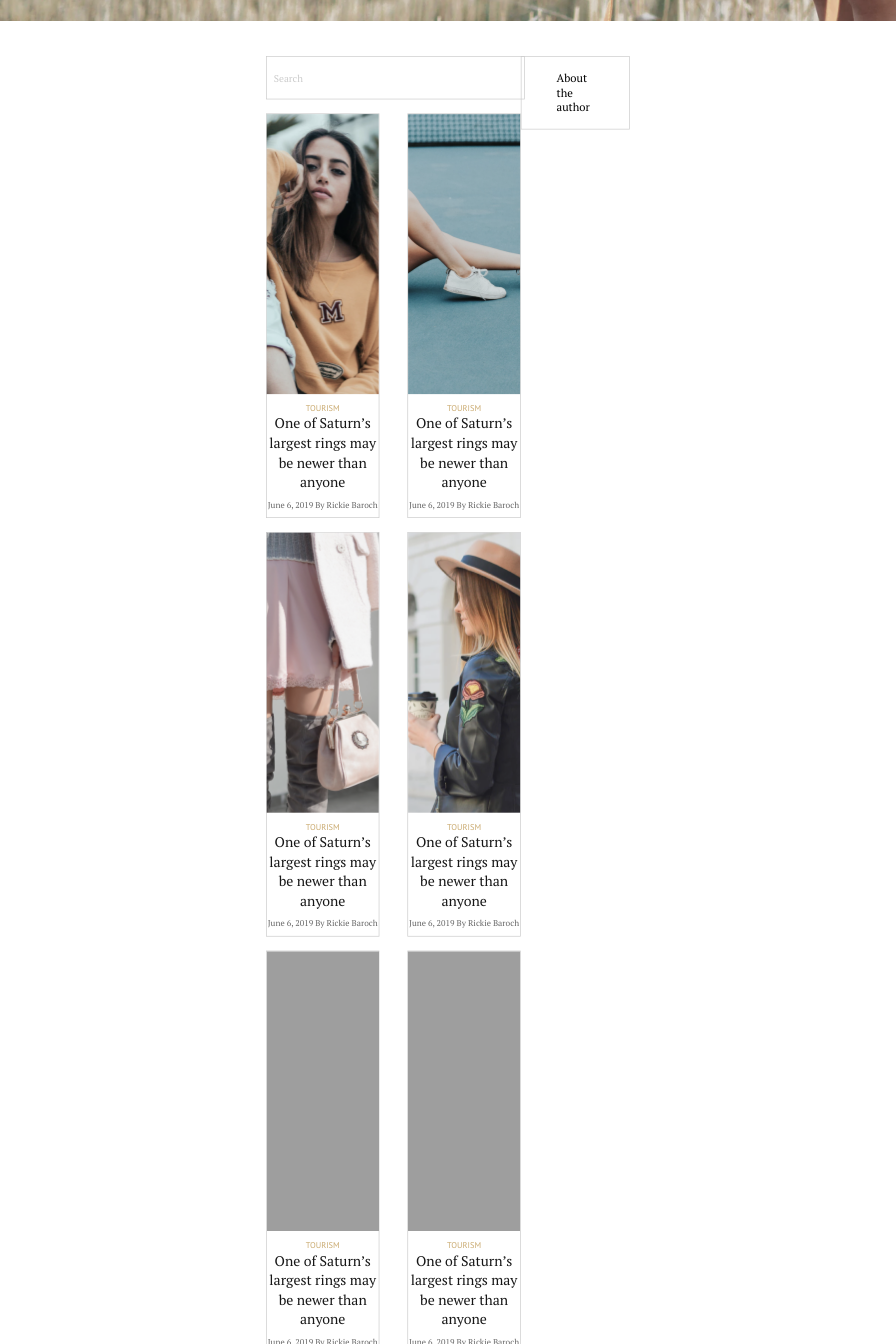
Repository: ThanhHien65/CIJS75
Page: / (app in REACTJS-FashionBlog/fashionblog/)
An editor plug-in stored every save of this project. The page is shown before and after the next save, followed by the edit.
The browser window is 1280 px wide. The pictures show the part of the page from y = 740 to 2660 px (the page is 2726 px tall), at 70% of full size.
Pictures or frames that could not be fetched are drawn as grey boxes. The project was rebuilt for these pictures with package versions that can differ from the ones it lists, and the page was loaded fresh each time.

Above is the page before, as saved 2022-06-24 13:45:08.

After the next save:
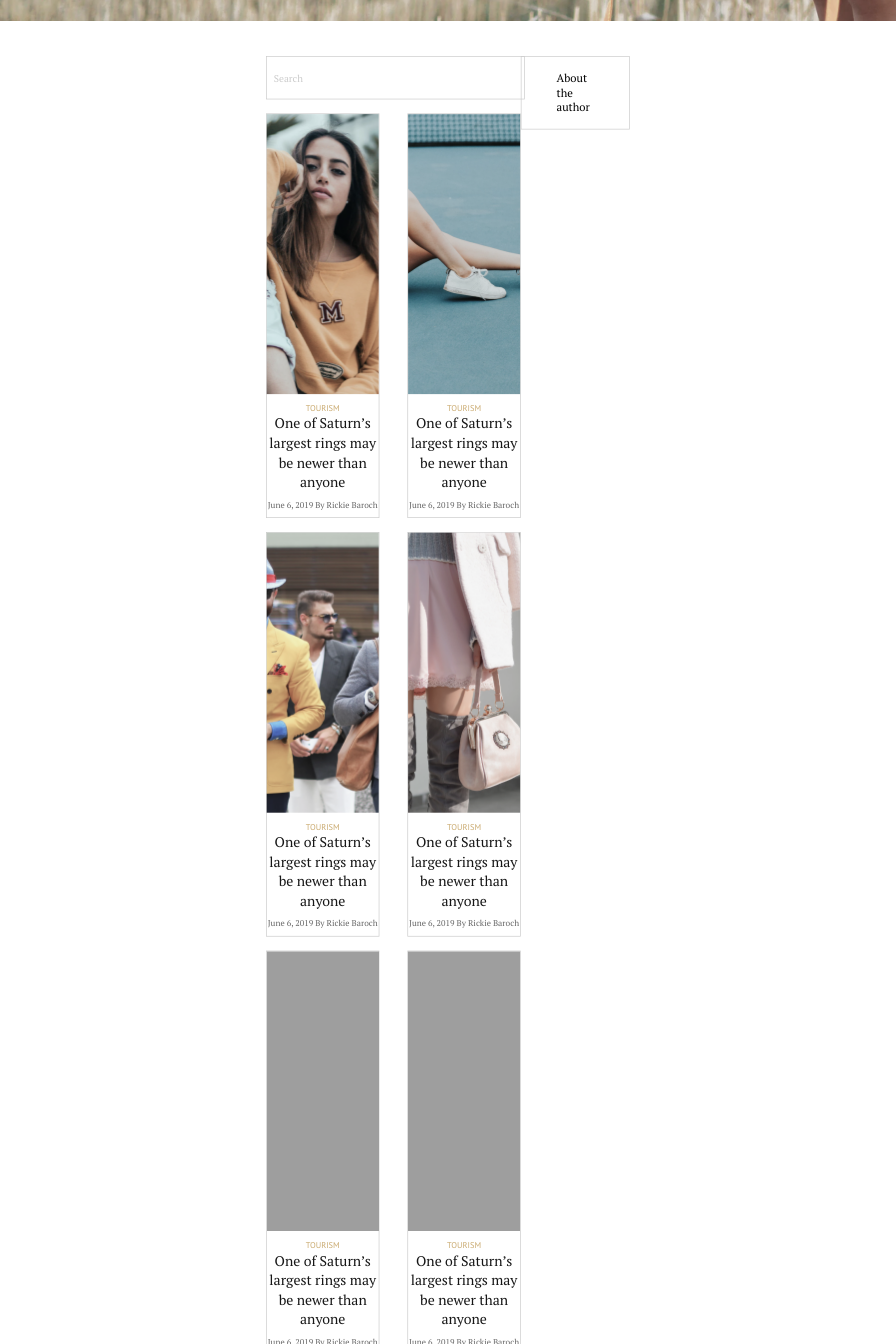
Saved 2 s later.
--- a/REACTJS-FashionBlog/fashionblog/src/component/body/info.js
+++ b/REACTJS-FashionBlog/fashionblog/src/component/body/info.js
@@ -13,8 +13,8 @@ export const ImageInfo = [
     date: "June 6, 2019 By Rickie Baroch",
   },
   {
-    image1: bitmap3,
-    image2: bitmap4,
+    image1: bitmap2,
+    image2: bitmap3,
     tour: "Tourism",
     details: "One of Saturn’s largest rings may be newer than anyone",
     date: "June 6, 2019 By Rickie Baroch",
